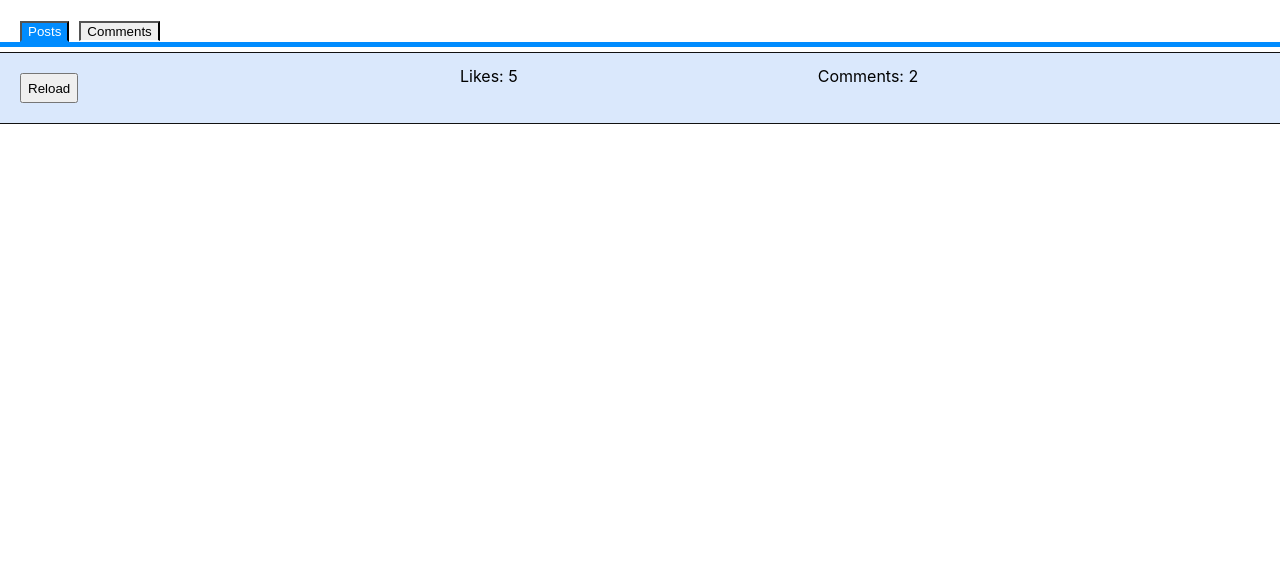
Repository: milosKomiRajkovic94/cleverbit-project
Page: /
The author's editor kept a copy of each file at every save. The page is drawn from the files as they stood at one save, then again after the next save.
The browser window is 1280 px wide. The pictures show the whole page.
The project was rebuilt for these pictures with package versions that can differ from the ones it lists, and the page was loaded fresh each time. Also part of the build but not shown: src/utils/Loader.js.

Above is the page before, as saved 2020-10-13 20:33:17.

### src/index.js
import React from 'react';

import ReactDOM from 'react-dom';

import App from './App';

import * as serviceWorker from './serviceWorker';

import configureStore from "./store";

import { Provider } from "react-redux";

import { HashRouter as Router } from "react-router-dom";

import "./scss/index.scss";

const store = configureStore();

ReactDOM.render(
  <React.StrictMode>
    <Provider store={store} >
      <Router>
        <App />
      </Router>
    </Provider>
  </React.StrictMode>,
  document.getElementById('root')
);

// If you want your app to work offline and load faster, you can change
// unregister() to register() below. Note this comes with some pitfalls.
// Learn more about service workers: https://bit.ly/CRA-PWA
serviceWorker.unregister();

### src/App.js
import React, {useEffect, useState, lazy, Suspense} from 'react';

import { connect } from "react-redux";

import { bindActionCreators } from "redux";

import { loadCurrentPosts } from "./actions/postActions";

import {
  useHistory,
  Route,
  Switch,
  withRouter,
} from "react-router-dom";

import Header from "./components/HeaderComponents/Header";

import PostsContainer from "./components/PostsComponents/PostsContainer";

import { POSTS, COMMENTS, HOME } from "./constants/urls";

import Loader from "./utils/Loader";

const App = ({ currentPosts, currentPostsAreLoading, currentPostsFailedLoading, loadCurrentPostsAction }) => {

  const [initialLoadingDone, setInitialLoadingDone] = useState(false);
  const history = useHistory();

  useEffect(() => {
    if(!initialLoadingDone){
      loadCurrentPostsAction(true);
      setInitialLoadingDone(true);
    }
  }, [initialLoadingDone, loadCurrentPostsAction])

  function changeLocation(locationToGo) {
    history.push(locationToGo);
  }

  function waitingComponent(Component) {
    return (props) => (
      <Suspense
        fallback={<Loader classNameOfWrapper="centered" text={"Loading"} />}
      >
        <Component {...props} />
      </Suspense>
    );
  }

  return (
    <div className="App">
       <Header
        changeLocation={changeLocation}
       />
       <Switch>
        <Route exact path={HOME} component={PostsContainer} />
        <Route
          exact
          path={POSTS}
          component={waitingComponent(
            lazy(() =>
              import("./components/PostsComponents/PostsContainer")
            )
          )}
        />
        <Route
          exact
          path={COMMENTS}
          component={waitingComponent(
            lazy(() =>
              import("./components/CommentsComponents/CommentsContainer")
            )
          )}
        />
      </Switch>
    </div>
  );
}

const mapStateToProps = (state) => {
  return {
    currentPosts: state.postReducer.currentPosts,
    currentPostsAreLoading: state.postReducer.currentPostsAreLoading,
    currentPostsFailedLoading: state.postReducer.currentPostsFailedLoading,
  }
}

const mapDispatchToProps = (dispatch) => {
  return{
    loadCurrentPostsAction: bindActionCreators(loadCurrentPosts, dispatch)
  }
}

export default withRouter(connect(mapStateToProps, mapDispatchToProps) (App));

### src/store.js
import { createStore, applyMiddleware } from "redux";

import thunk from "redux-thunk";

import rootReducer from "./reducers";

export default function configureStore(){
    return createStore(
        rootReducer,
        applyMiddleware(thunk)
    )
}

### src/scss/index.scss
@import 'app';

@import 'header';

@import 'posts';

### src/actions/postActions.js
import { CURRENT_POSTS_LOADED_SUCCESSFULLY, CURRENT_POSTS_ARE_LOADING, CURRENT_POSTS_FAILED_LOADING, CURRENT_POSTS_LOADED_SUCCESSFULLY_AFTER_INITIAL_LOAD } from "./actionTypes";

import  fakeData from "../constants/fakeData";

export function currentPostsAreLoadingAction(currentPostsAreLoading){
    return{
        type: CURRENT_POSTS_ARE_LOADING,
        currentPostsAreLoading
    }
}

export function currentPostsFailedLoadingAction(currentPostsFailedLoading){
    return{
        type: CURRENT_POSTS_FAILED_LOADING,
        currentPostsFailedLoading
    }
}

export function currentPostsLoadedSuccessfullyAction(currentPosts){
    return{
        type: CURRENT_POSTS_LOADED_SUCCESSFULLY,
        currentPosts
    }
}

/* This is just an action for remaining the current state in order not to have restarted data, but instead updated current data after click on RELOAD BUTTON.
    Delete this action after implementation of API endpoint and use just currentPostsLoadedSuccessfullyAction in order to send current data from the endpoint.
*/
export function currentPostsLoadedSuccessfullyAfterInitialLoad(){
    return{
        type: CURRENT_POSTS_LOADED_SUCCESSFULLY_AFTER_INITIAL_LOAD,
    }
}


export function loadCurrentPosts(initialLoad){
    return(dispatch) => {
        dispatch(currentPostsAreLoadingAction(true));
        /* I will pass direct fake JSON data here and you can implement your actual API end point request here.
        setTimeout will be used as imitation that it takes some time for the request to reach endpoint. */
        setTimeout(function(){
            if(initialLoad){
                dispatch(currentPostsLoadedSuccessfullyAction(fakeData));
            }else {
                dispatch(currentPostsLoadedSuccessfullyAfterInitialLoad());
            }
        }, 1500)

    }
}

### src/components/HeaderComponents/Header.js
import React from "react";

import {
    POSTS,
    COMMENTS,
    HOME
} from "../../constants/urls";

import {
    withRouter,
    useLocation,
  } from "react-router-dom";

const Header = ({ changeLocation }) => {
    const location = useLocation();

    return(
        <div className="header">
            <button className={location.pathname === POSTS || location.pathname === HOME ? "selectedHeaderButton" : "ordinaryButton"} onClick={() => changeLocation(POSTS)}>
                Posts
            </button>
            <button className={location.pathname === COMMENTS ? "rightButton selectedHeaderButton" : "rightButton ordinaryButton"} onClick={() => changeLocation(COMMENTS)}>
                Comments
            </button>
        </div>
    )
}

export default withRouter(Header);

### src/components/PostsComponents/PostsContainer.js
import React from "react";

import { connect } from "react-redux";

const PostsContainer = ({
    currentNumberOfLikes,
    currentNumberOfComments,
    currentPosts
}) => {
    return(
        <div>
            <div className="postsHeader">
                <button className="reloadButton">
                    Reload
                </button>
                <div className="likesAndCommentsNumber">
                    <span className="likesNumber">
                        Likes: {currentNumberOfLikes}
                    </span>
                    <span className="commentsNumber">
                        Comments: {currentNumberOfComments}
                    </span>
                </div>
            </div>
        </div>
    )
}

const mapStateToProps = (state) => {
    return{
        currentNumberOfLikes: state.postReducer.currentNumberOfLikes,
        currentNumberOfComments: state.postReducer.currentNumberOfComments,
        currentPosts: state.postReducer.currentPosts,
    }
}

export default connect(mapStateToProps) (PostsContainer);

### src/constants/urls.js
export const POSTS = "/posts";
export const COMMENTS = "/comments";
export const HOME = "/";

### src/reducers/index.js
import { combineReducers } from "redux";

import { postReducer } from "./postsReducer";

export default combineReducers({
    postReducer
});

### src/scss/app.scss
body {
  margin: 0;
  font-family: -apple-system, BlinkMacSystemFont, 'Segoe UI', 'Roboto', 'Oxygen',
    'Ubuntu', 'Cantarell', 'Fira Sans', 'Droid Sans', 'Helvetica Neue',
    sans-serif;
  -webkit-font-smoothing: antialiased;
  -moz-osx-font-smoothing: grayscale;
}

code {
  font-family: source-code-pro, Menlo, Monaco, Consolas, 'Courier New',
    monospace;
}

.centered {
  position: fixed;
  top: 50%;
  left: 50%;
}

### src/scss/header.scss
.header {
  padding: 20px;
  border-bottom: 5px solid #008cff;
  padding-bottom: 0px;
}

.selectedHeaderButton,
.selectedHeaderButton:focus,
.selectedHeaderButton:active {
  background: #008cff;
  color: #fff;
  border-bottom: 2px solid #008cff;
  outline: none;
}

.ordinaryButton {
  border-bottom: 1px solid #fff;
}

.rightButton {
  margin-left: 10px;
}

### src/scss/posts.scss
.postsHeader {
  display: inline-flex;
  width: 100%;
  height: 70px;
  margin-top: 5px;
  border-top: 1px solid #111;
  border-bottom: 1px solid #111;
  background-color: #dae8fc;
}

.likesAndCommentsNumber span {
  padding: 150px;
}

.likesAndCommentsNumber {
  width: 100%;
  text-align: center;
  padding-top: 1%;
}

.reloadButton {
  margin: 20px;
}

### src/actions/actionTypes.js
export const CURRENT_POSTS_LOADED_SUCCESSFULLY = "CURRENT_POSTS_LOADED_SUCCESSFULLY";
export const CURRENT_POSTS_LOADED_SUCCESSFULLY_AFTER_INITIAL_LOAD = "CURRENT_POSTS_LOADED_SUCCESSFULLY_AFTER_INITIAL_LOAD";
export const CURRENT_POSTS_ARE_LOADING = "CURRENT_POSTS_ARE_LOADING";
export const CURRENT_POSTS_FAILED_LOADING = "CURRENT_POSTS_FAILED_LOADING";

### src/constants/fakeData.js
export default [
    {
        id: 1,
        title: "Great news!",
        description: "Lorem Ipsum is simply dummy text of the printing and typesetting industry. Lorem Ipsum has been the industry's standard dummy text ever since the 1500s, when an unknown printer took a galley of type and scrambled it to make a type specimen book.",
        comments: [
            {
                id: 1,
                text: "It is a long established fact that a reader will be distracted by the readable content of a page when looking at its layout.",
                date: "2016/01/10"
            },
            {
                id: 2,
                text: "It is a long established fact that a reader will be distracted by the readable content of a page when looking at its layout.",
                date: "2016/01/10"
            }
        ],
        numberOfLikes: 3
    },
    {
        id: 2,
        title: "Another post",
        description: "Contrary to popular belief, Lorem Ipsum is not simply random text. It has roots in a piece of classical Latin literature from 45 BC, making it over 2000 years old.",
        comments: [
            {
                id: 3,
                text: "It is a long established fact that a reader will be distracted by the readable content of a page when looking at its layout.",
                date: "2016/01/10"
            },
            {
                id: 2,
                text: "It is a long established fact that a reader will be distracted by the readable content of a page when looking at its layout.",
                date: "2016/01/10"
            }
        ],
        numberOfLikes: 2
    }
]

### src/reducers/postsReducer.js
import { CURRENT_POSTS_LOADED_SUCCESSFULLY, CURRENT_POSTS_ARE_LOADING, CURRENT_POSTS_FAILED_LOADING, CURRENT_POSTS_LOADED_SUCCESSFULLY_AFTER_INITIAL_LOAD } from "../actions/actionTypes";

import initialState from "../initialState";


export function postReducer(
    state = initialState.postsReducerState,
    action
) {
    switch(action.type){
        case CURRENT_POSTS_LOADED_SUCCESSFULLY: {
            return{
                ...state,
                currentPosts: action.currentPosts,
                currentPostsAreLoading: false,
                currentPostsFailedLoading: false,
            };
        }

        //When using the real API endpoint just remove this case
        case CURRENT_POSTS_LOADED_SUCCESSFULLY_AFTER_INITIAL_LOAD: {
            return{
                ...state,
                currentPosts: state.currentPosts,
                currentPostsAreLoading: false,
                currentPostsFailedLoading: false,
            };
        }

        case CURRENT_POSTS_ARE_LOADING: {
            return{
                ...state,
                //When using the real API endpoint just replace this with empty array []
                currentPosts: state.currentPosts,
                currentPostsAreLoading: action.currentPostsAreLoading,
                currentPostsFailedLoading: false,
            };
        }

        case CURRENT_POSTS_FAILED_LOADING: {
            return {
                ...state,
                //When using the real API endpoint just replace this with empty array []
                currentPosts: state.currentPosts,
                currentPostsAreLoading: false,
                currentPostsFailedLoading: action.currentPostsFailedLoading,
            }
        }

        default: {
            return state;
        }
    }
}

### src/initialState.js
export default {
    postsReducerState: {
        currentPosts: [],
        currentNumberOfLikes: 5,
        currentNumberOfComments: 2,
        currentPostsAreLoading: false,
        currentPostsFailedLoading: false,
    }
}

### src/components/PostsComponents/Post.js
import React from "react";

const Post = ({ title, description, comments, numberOfLikes }) => {
    return(
        <div className="singlePost">
            <div className="postHeader">
                <div className="postTitle">
                    {title}
                </div>
                <div className="postLikes">
                    {numberOfLikes}
                    <img className="likeImage" src={require("./images/likeButtonImage.png")} alt="likeImage" />
                </div>
            </div>
            <div className="postDescription">
                {description}
            </div>
            <div className="postCommentSection">
                <textarea name="newComment">
                  Add your comment here
                </textarea>
            </div>
            {comments.map((comment) => {
                return(
                    <div className="singleComment">
                        <span className="singleCommentText">
                            {comment.text}
                        </span>
                        <span className="singleCommentDate">
                            {comment.date}
                        </span>
                    </div>
                )
            })}
        </div>
    )
}

export default Post;

Loaded but not shown: public/index.html (common file); src/serviceWorker.js (common file)

After the next save:
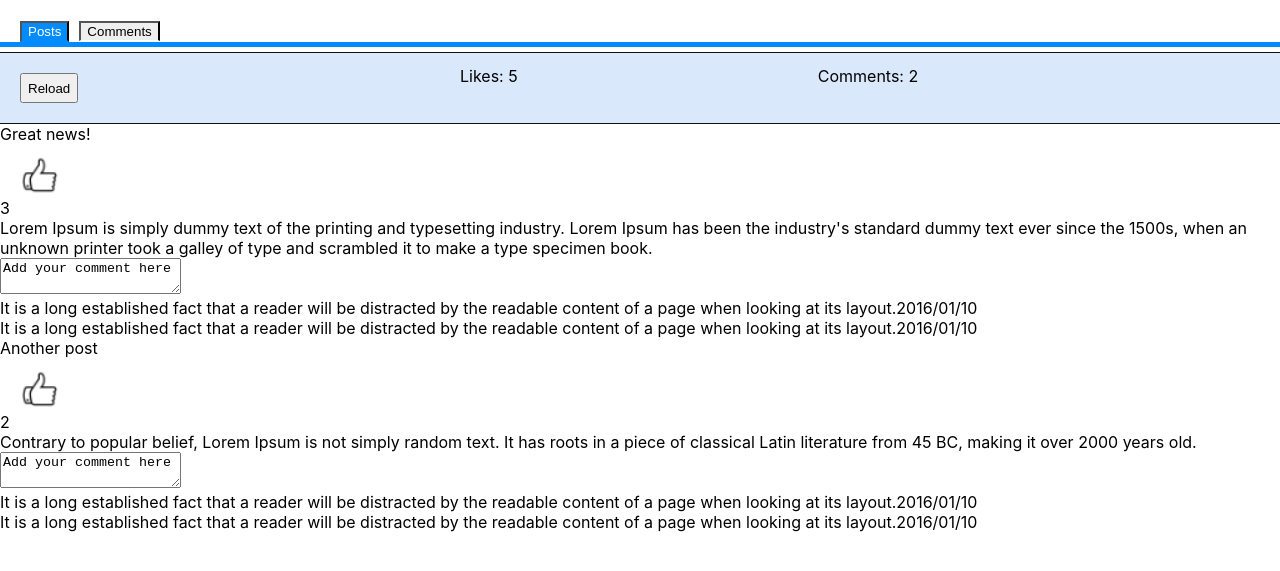
Saved 79 s later.
--- a/src/components/PostsComponents/PostsContainer.js
+++ b/src/components/PostsComponents/PostsContainer.js
@@ -1,6 +1,8 @@
 import React from "react";
 
 import { connect } from "react-redux";
+
+import Post from "./Post";
 
 const PostsContainer = ({
     currentNumberOfLikes,
@@ -22,6 +24,18 @@ const PostsContainer = ({
                     </span>
                 </div>
             </div>
+            <div className="postsContainer">
+                {currentPosts.map((singlePost) => {
+                    return(
+                        <Post
+                            title={singlePost.title}
+                            comments={singlePost.comments}
+                            description={singlePost.description}
+                            numberOfLikes={singlePost.numberOfLikes}
+                        />
+                    )
+                })}
+            </div>
         </div>
     )
 }
